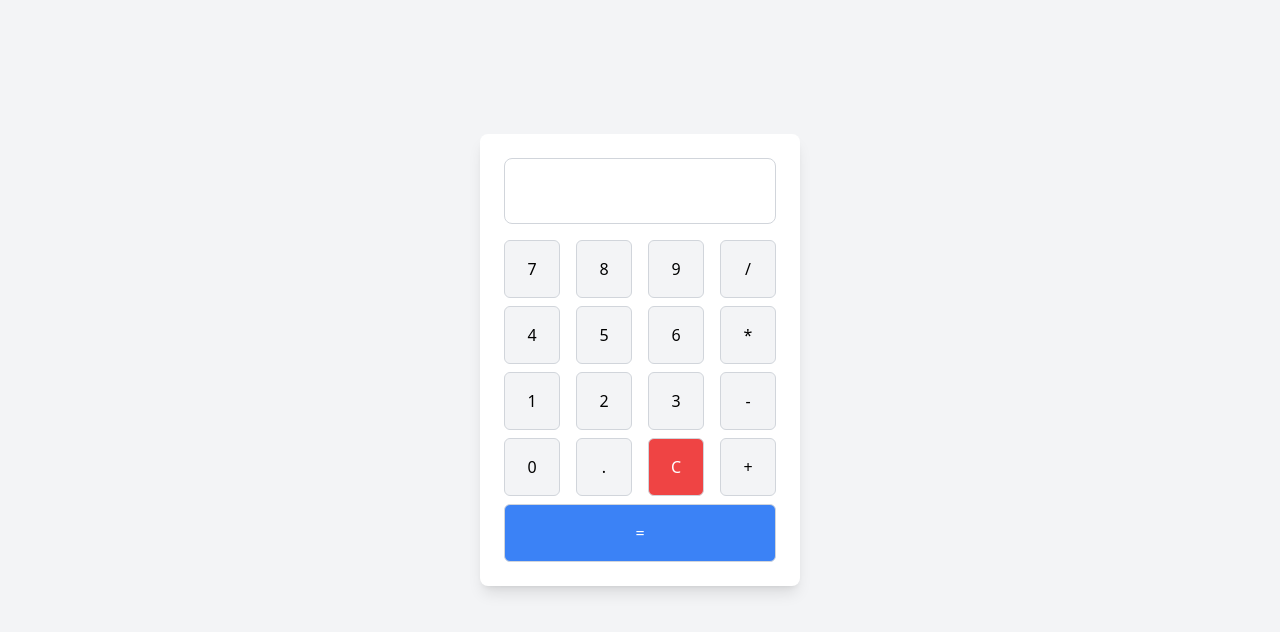
Repository: MKosainHaider/calculator
Page: index.html
An editor plug-in stored every save of this project. The page is shown before and after the next save, followed by the edit.
The browser window is 1280 px wide. The pictures show the whole page.
Some web libraries are served in a nearby version.

Above is the page before, as saved 2024-08-12 22:57:16.

### index.html
<!DOCTYPE html>
<html lang="en">

<head>
    <meta charset="UTF-8">
    <meta name="viewport" content="width=device-width, initial-scale=1.0">
    <title>Responsive Calculator</title>
    <script defer src="app.js"></script>
    <script src="https://cdn.tailwindcss.com"></script>
    <style>
        /* Ensure buttons have equal size and spacing */
        .btn {
            display: flex;
            align-items: center;
            justify-content: center;
            background-color: #f3f4f6;
            /* Light gray background */
            border: 1px solid #d1d5db;
            /* Light border */
            border-radius: 0.375rem;
            /* Rounded corners */
        }

        .btn:active {
            background-color: #e5e7eb;
            /* Darker gray on click */
        }
    </style>
</head>

<body class="flex items-center justify-center min-h-screen bg-gray-100">
    <div class="bg-white p-4 md:p-6 rounded-lg shadow-lg max-w-xs w-full">
        <div class="mb-4 text-right">
            <input type="text" id="display"
                class="w-full p-3 md:p-4 text-xl md:text-2xl border border-gray-300 rounded-lg" readonly>
        </div>

        <!-- Row 1 -->
        <div class="grid grid-cols-4 gap-2 md:gap-4 mb-2">
            <button class="btn p-3 md:p-4">7</button>
            <button class="btn p-3 md:p-4">8</button>
            <button class="btn p-3 md:p-4">9</button>
            <button class="btn p-3 md:p-4 operator">/</button>
        </div>

        <!-- Row 2 -->
        <div class="grid grid-cols-4 gap-2 md:gap-4 mb-2">
            <button class="btn p-3 md:p-4">4</button>
            <button class="btn p-3 md:p-4">5</button>
            <button class="btn p-3 md:p-4">6</button>
            <button class="btn p-3 md:p-4 operator">*</button>
        </div>

        <!-- Row 3 -->
        <div class="grid grid-cols-4 gap-2 md:gap-4 mb-2">
            <button class="btn p-3 md:p-4">1</button>
            <button class="btn p-3 md:p-4">2</button>
            <button class="btn p-3 md:p-4">3</button>
            <button class="btn p-3 md:p-4 operator">-</button>
        </div>

        <!-- Row 4 -->
        <div class="grid grid-cols-4 gap-2 md:gap-4 mb-2">
            <button class="btn p-3 md:p-4">0</button>
            <button class="btn p-3 md:p-4">.</button>
            <button id="clear" class="btn p-3 md:p-4 bg-red-500 text-white">C</button>
            <button class="btn p-3 md:p-4 operator">+</button>
        </div>

        <!-- Row 5 -->
        <div class="grid grid-cols-4 gap-2 md:gap-4">
            <button id="equals" class="btn p-3 md:p-4 col-span-4 bg-blue-500 text-white">=</button>
        </div>
    </div>
</body>

</html>

### app.js
document.addEventListener('DOMContentLoaded', function () {
    const display = document.getElementById('display');
    const buttons = document.querySelectorAll('.btn');
    const operators = ['+', '-', '*', '/'];
    let currentInput = '';
    let operator = '';
    let previousInput = '';

    buttons.forEach(button => {
        button.addEventListener('click', function () {
            const value = this.textContent;

            if (value === 'C') {
                currentInput = '';
                previousInput = '';
                operator = '';
                display.value = '';
            } else if (value === '=') {
                if (previousInput !== '' && currentInput !== '') {
                    currentInput = eval(`${previousInput}${operator}${currentInput}`);
                    display.value = currentInput;
                    previousInput = '';
                    operator = '';
                }
            } else if (operators.includes(value)) {
                if (currentInput !== '') {
                    operator = value;
                    previousInput = currentInput;
                    currentInput = '';
                }
            } else {
                currentInput += value;
                display.value = currentInput;
            }
        });
    });
});

After the next save:
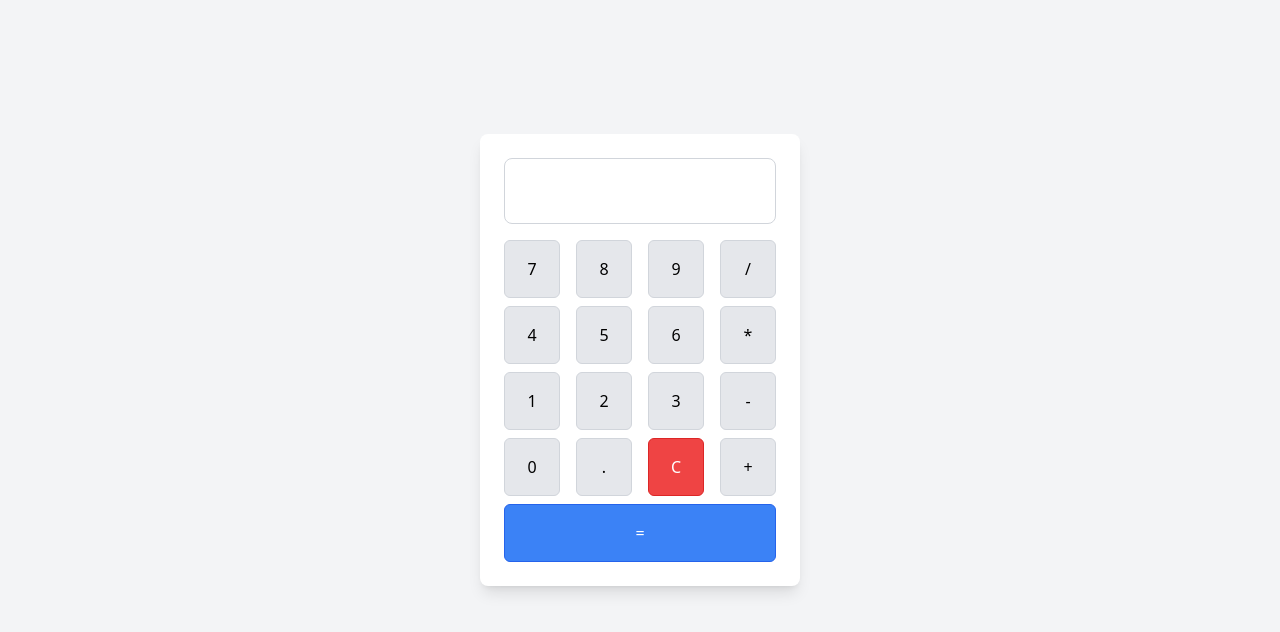
Saved 4 min 12 s later.
--- a/index.html
+++ b/index.html
@@ -7,25 +7,6 @@
     <title>Responsive Calculator</title>
     <script defer src="app.js"></script>
     <script src="https://cdn.tailwindcss.com"></script>
-    <style>
-        /* Ensure buttons have equal size and spacing */
-        .btn {
-            display: flex;
-            align-items: center;
-            justify-content: center;
-            background-color: #f3f4f6;
-            /* Light gray background */
-            border: 1px solid #d1d5db;
-            /* Light border */
-            border-radius: 0.375rem;
-            /* Rounded corners */
-        }
-
-        .btn:active {
-            background-color: #e5e7eb;
-            /* Darker gray on click */
-        }
-    </style>
 </head>
 
 <body class="flex items-center justify-center min-h-screen bg-gray-100">
@@ -37,39 +18,39 @@
 
         <!-- Row 1 -->
         <div class="grid grid-cols-4 gap-2 md:gap-4 mb-2">
-            <button class="btn p-3 md:p-4">7</button>
-            <button class="btn p-3 md:p-4">8</button>
-            <button class="btn p-3 md:p-4">9</button>
-            <button class="btn p-3 md:p-4 operator">/</button>
+            <button class="p-3 md:p-4 bg-gray-200 border border-gray-300 rounded-md hover:bg-gray-300 focus:outline-none focus:ring-2 focus:ring-blue-500 focus:ring-offset-2 active:bg-gray-400">7</button>
+            <button class="p-3 md:p-4 bg-gray-200 border border-gray-300 rounded-md hover:bg-gray-300 focus:outline-none focus:ring-2 focus:ring-blue-500 focus:ring-offset-2 active:bg-gray-400">8</button>
+            <button class="p-3 md:p-4 bg-gray-200 border border-gray-300 rounded-md hover:bg-gray-300 focus:outline-none focus:ring-2 focus:ring-blue-500 focus:ring-offset-2 active:bg-gray-400">9</button>
+            <button class="p-3 md:p-4 bg-gray-200 border border-gray-300 rounded-md hover:bg-gray-300 focus:outline-none focus:ring-2 focus:ring-blue-500 focus:ring-offset-2 active:bg-gray-400 operator">/</button>
         </div>
 
         <!-- Row 2 -->
         <div class="grid grid-cols-4 gap-2 md:gap-4 mb-2">
-            <button class="btn p-3 md:p-4">4</button>
-            <button class="btn p-3 md:p-4">5</button>
-            <button class="btn p-3 md:p-4">6</button>
-            <button class="btn p-3 md:p-4 operator">*</button>
+            <button class="p-3 md:p-4 bg-gray-200 border border-gray-300 rounded-md hover:bg-gray-300 focus:outline-none focus:ring-2 focus:ring-blue-500 focus:ring-offset-2 active:bg-gray-400">4</button>
+            <button class="p-3 md:p-4 bg-gray-200 border border-gray-300 rounded-md hover:bg-gray-300 focus:outline-none focus:ring-2 focus:ring-blue-500 focus:ring-offset-2 active:bg-gray-400">5</button>
+            <button class="p-3 md:p-4 bg-gray-200 border border-gray-300 rounded-md hover:bg-gray-300 focus:outline-none focus:ring-2 focus:ring-blue-500 focus:ring-offset-2 active:bg-gray-400">6</button>
+            <button class="p-3 md:p-4 bg-gray-200 border border-gray-300 rounded-md hover:bg-gray-300 focus:outline-none focus:ring-2 focus:ring-blue-500 focus:ring-offset-2 active:bg-gray-400 operator">*</button>
         </div>
 
         <!-- Row 3 -->
         <div class="grid grid-cols-4 gap-2 md:gap-4 mb-2">
-            <button class="btn p-3 md:p-4">1</button>
-            <button class="btn p-3 md:p-4">2</button>
-            <button class="btn p-3 md:p-4">3</button>
-            <button class="btn p-3 md:p-4 operator">-</button>
+            <button class="p-3 md:p-4 bg-gray-200 border border-gray-300 rounded-md hover:bg-gray-300 focus:outline-none focus:ring-2 focus:ring-blue-500 focus:ring-offset-2 active:bg-gray-400">1</button>
+            <button class="p-3 md:p-4 bg-gray-200 border border-gray-300 rounded-md hover:bg-gray-300 focus:outline-none focus:ring-2 focus:ring-blue-500 focus:ring-offset-2 active:bg-gray-400">2</button>
+            <button class="p-3 md:p-4 bg-gray-200 border border-gray-300 rounded-md hover:bg-gray-300 focus:outline-none focus:ring-2 focus:ring-blue-500 focus:ring-offset-2 active:bg-gray-400">3</button>
+            <button class="p-3 md:p-4 bg-gray-200 border border-gray-300 rounded-md hover:bg-gray-300 focus:outline-none focus:ring-2 focus:ring-blue-500 focus:ring-offset-2 active:bg-gray-400 operator">-</button>
         </div>
 
         <!-- Row 4 -->
         <div class="grid grid-cols-4 gap-2 md:gap-4 mb-2">
-            <button class="btn p-3 md:p-4">0</button>
-            <button class="btn p-3 md:p-4">.</button>
-            <button id="clear" class="btn p-3 md:p-4 bg-red-500 text-white">C</button>
-            <button class="btn p-3 md:p-4 operator">+</button>
+            <button class="p-3 md:p-4 bg-gray-200 border border-gray-300 rounded-md hover:bg-gray-300 focus:outline-none focus:ring-2 focus:ring-blue-500 focus:ring-offset-2 active:bg-gray-400">0</button>
+            <button class="p-3 md:p-4 bg-gray-200 border border-gray-300 rounded-md hover:bg-gray-300 focus:outline-none focus:ring-2 focus:ring-blue-500 focus:ring-offset-2 active:bg-gray-400">.</button>
+            <button id="clear" class="p-3 md:p-4 bg-red-500 border border-red-600 text-white rounded-md hover:bg-red-600 focus:outline-none focus:ring-2 focus:ring-red-500 focus:ring-offset-2 active:bg-red-700">C</button>
+            <button class="p-3 md:p-4 bg-gray-200 border border-gray-300 rounded-md hover:bg-gray-300 focus:outline-none focus:ring-2 focus:ring-blue-500 focus:ring-offset-2 active:bg-gray-400 operator">+</button>
         </div>
 
         <!-- Row 5 -->
         <div class="grid grid-cols-4 gap-2 md:gap-4">
-            <button id="equals" class="btn p-3 md:p-4 col-span-4 bg-blue-500 text-white">=</button>
+            <button id="equals" class="p-3 md:p-4 bg-blue-500 border border-blue-600 text-white rounded-md col-span-4 hover:bg-blue-600 focus:outline-none focus:ring-2 focus:ring-blue-500 focus:ring-offset-2 active:bg-blue-700">=</button>
         </div>
     </div>
 </body>
